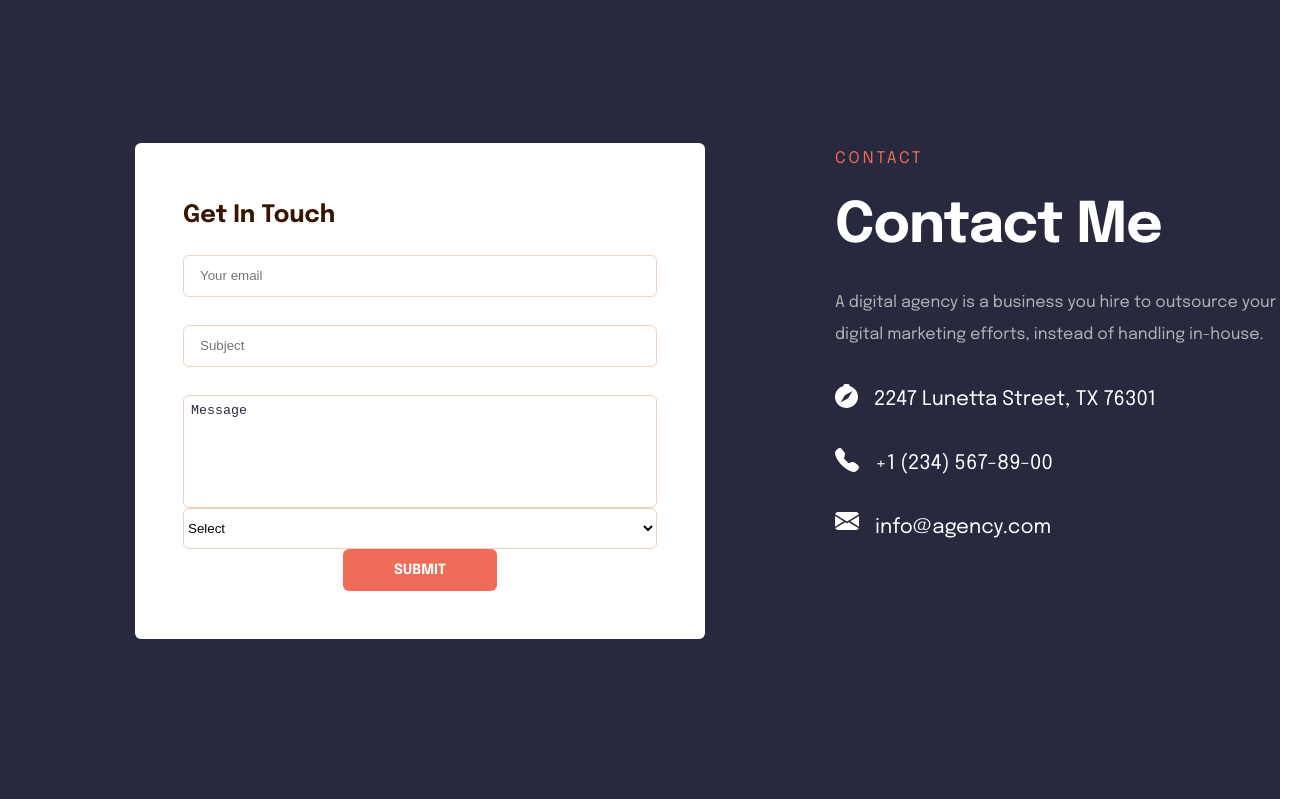
Repository: FaridRustamov09/task20
Page: index.html
These files come from the project's save history. The page is drawn as it stood at one moment and after a run of saves; the edit follows.
The browser window is 1280 px wide. The page is 1305 px wide, so the pictures cover 1305 px, including what lies to the right of the window. The pictures show the whole page.

Above is the page before, as saved 2024-01-13 14:45:24.

After the next 2 saves:
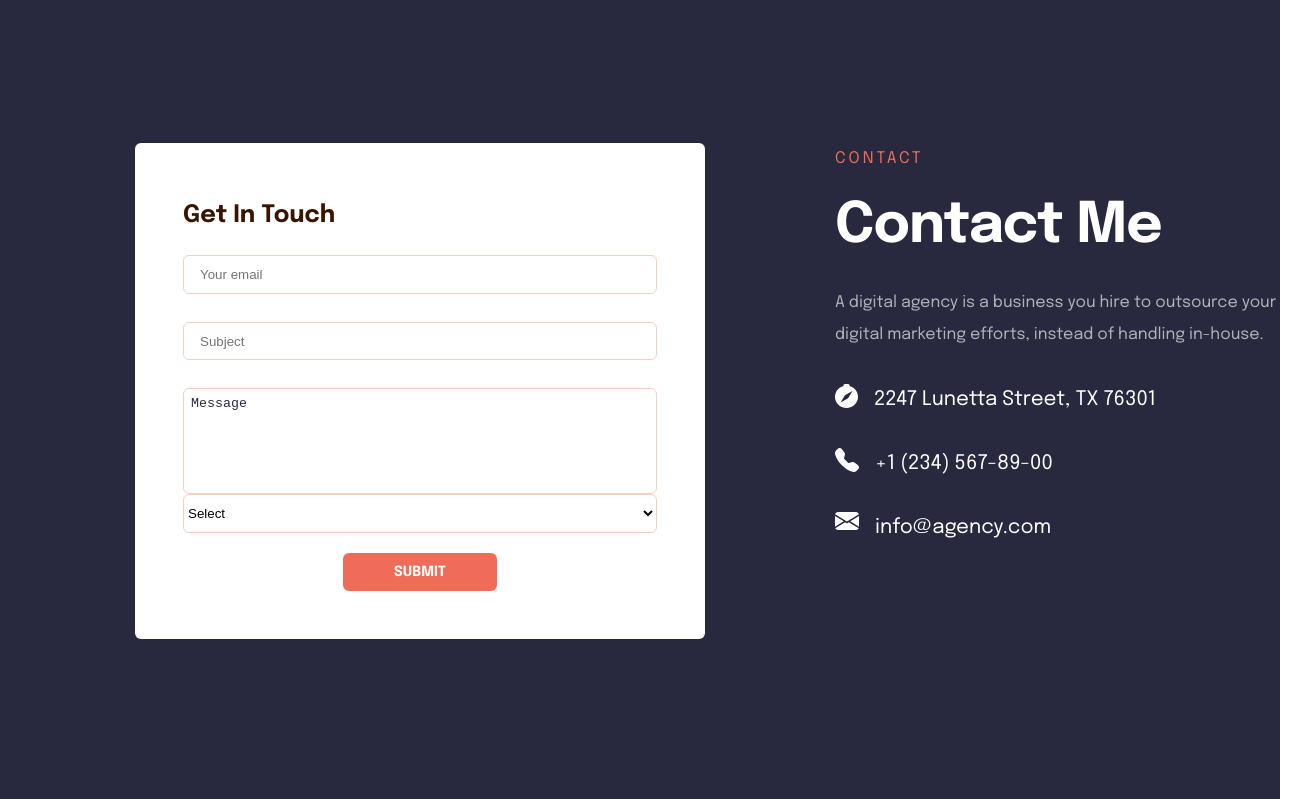
The 2 saves are shown as one change because they came seconds apart.
The last was saved 9 s later.
--- a/index.css
+++ b/index.css
@@ -69,8 +69,9 @@ font-weight: 900;
 line-height: normal;
 text-transform: uppercase;
 border: none;
+margin: auto;
 margin-top: 20px;
-margin: auto;
+
 }
 .left-box {
   margin-left: 130px;
